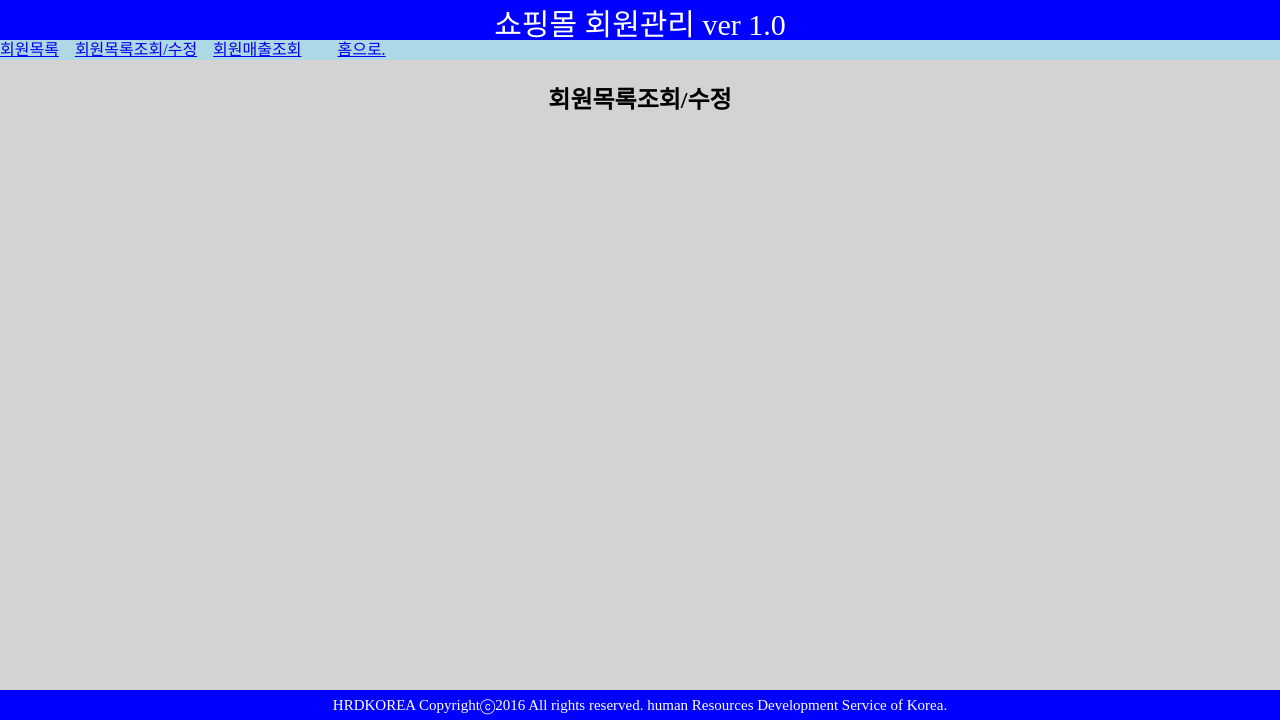
Repository: RnfElwl/youtube_infoT
Page: http://localhost/HRD_30812/list.jsp
The author's editor kept a copy of each file at every save. The page is drawn from the files as they stood at one save, then again after the next save.
The browser window is 1280 px wide. The pictures show the whole page.
The page is served by Tomcat 9.

Above is the page before, as saved 2022-03-21 14:48:09.

After the next save:
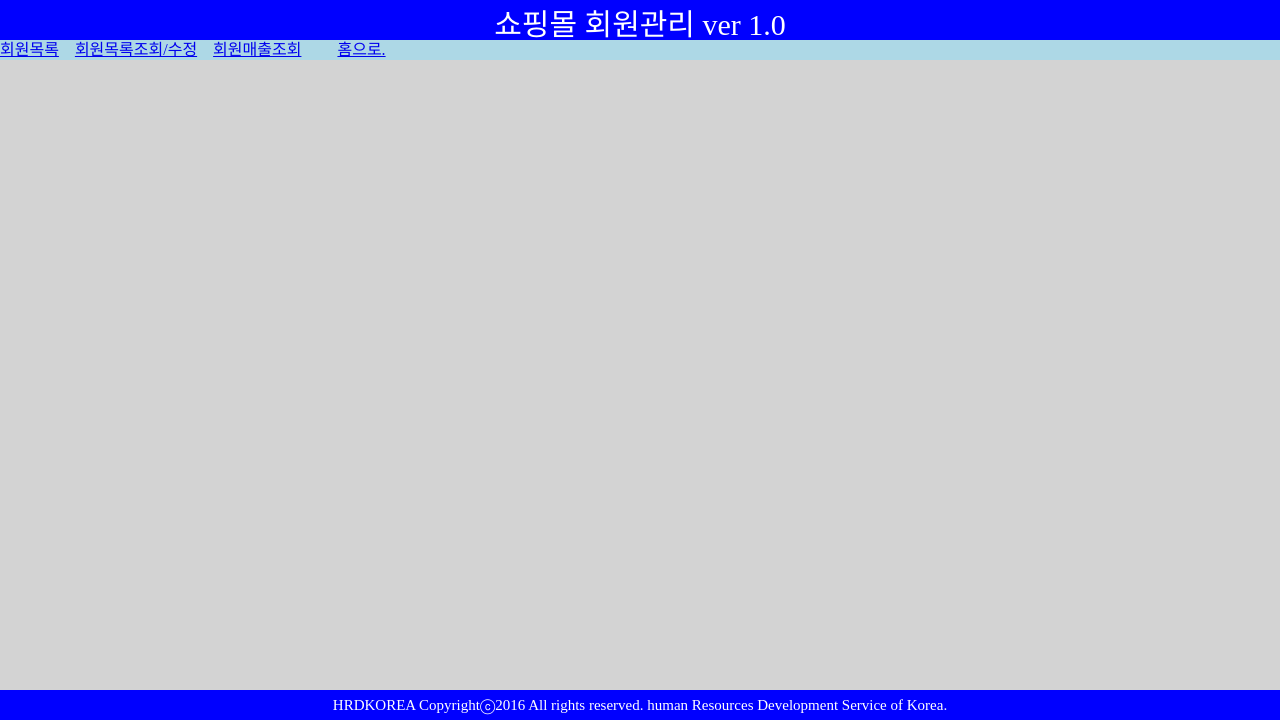
Saved 37 s later.
--- a/HRD_30812/src/main/webapp/list.jsp
+++ b/HRD_30812/src/main/webapp/list.jsp
@@ -12,7 +12,7 @@
 	<section style="position:fixed; top:60px; width:100%; height:100%; background-color:lightgray ">
 	 <h2 style="text-align:center">회원목록조회/수정</h2><br>
 
-	 <form style="display:flex; justify-content: center; align-items: center ">
+	 <form style="position:fixed; top:60px; width:100%; height:100%; background-color:lightgray ">
 
 	 </form>
 
